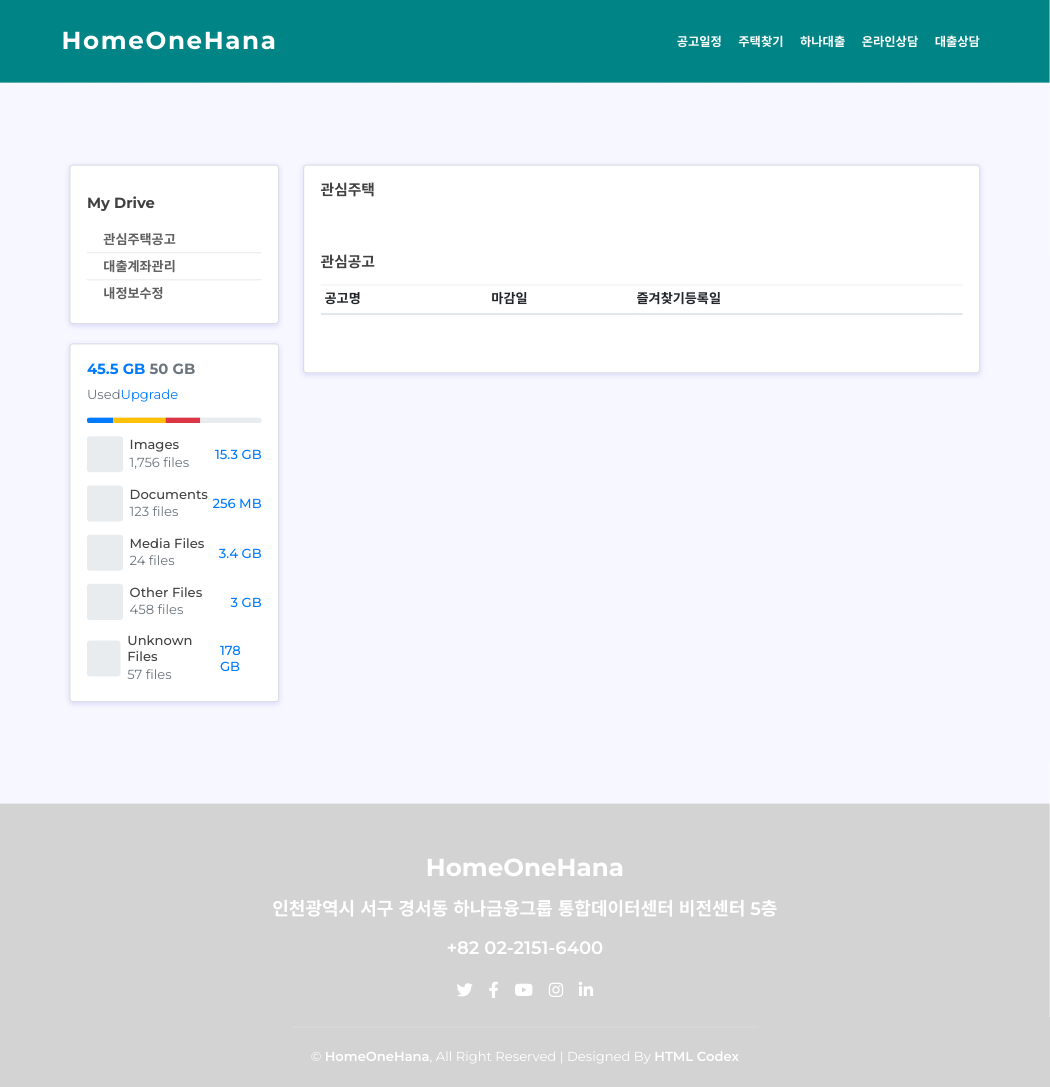
Repository: koposoftware/2021_10_syyoon
Page: http://localhost/HomeOneHana/WEB-INF/jsp/mypage/mypage.jsp
These files come from the project's save history. The page is drawn as it stood at one moment and after the next save; the edit follows.
The browser window is 1280 px wide. The pictures show the whole page, at 82% of full size.
Some icons come from a web library that is not loaded, so they are not drawn. Some web libraries are served in a nearby version. The page is served by Tomcat 9. Nobody is signed in. The template is opened directly, without the code that normally fills it, so the values that code supplies are empty.

Above is the page before, as saved 2021-09-20 12:24:44.

After the next save:
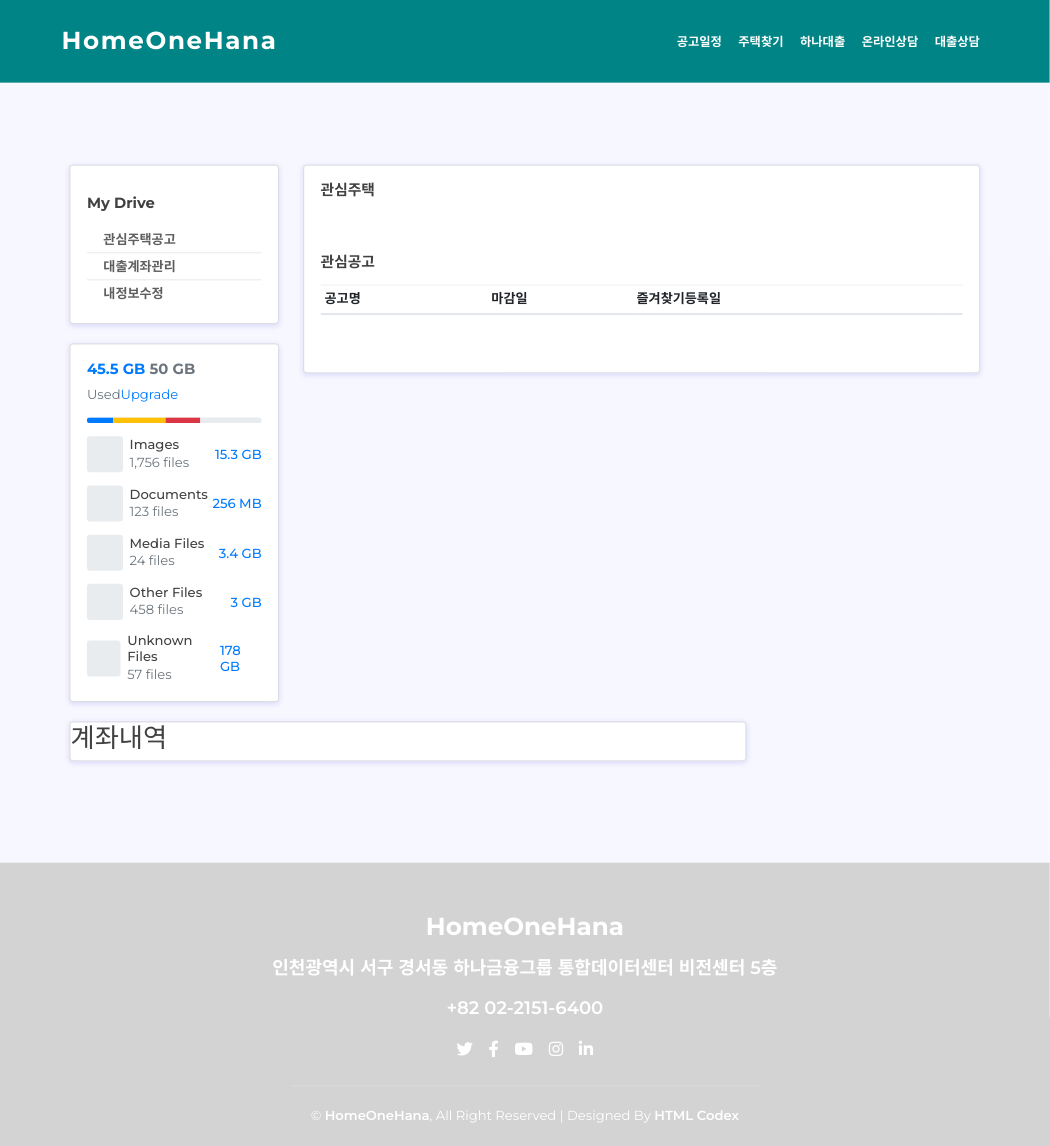
Saved 66 s later.
--- a/project/Spring-mvc/HomeOneHana/src/main/webapp/WEB-INF/jsp/mypage/mypage.jsp
+++ b/project/Spring-mvc/HomeOneHana/src/main/webapp/WEB-INF/jsp/mypage/mypage.jsp
@@ -174,6 +174,12 @@
 						</div>
 					</div>
 				</div>
+				<!-- 대출 계좌신청및 조회 -->
+				<div id="Menu1" class="col-12 col-lg-9">
+					<div class="card">
+						<h2>계좌내역</h2>
+					</div>
+				</div>
 			</div>
 			</div>
 			</div>

After the 3 saves that followed:
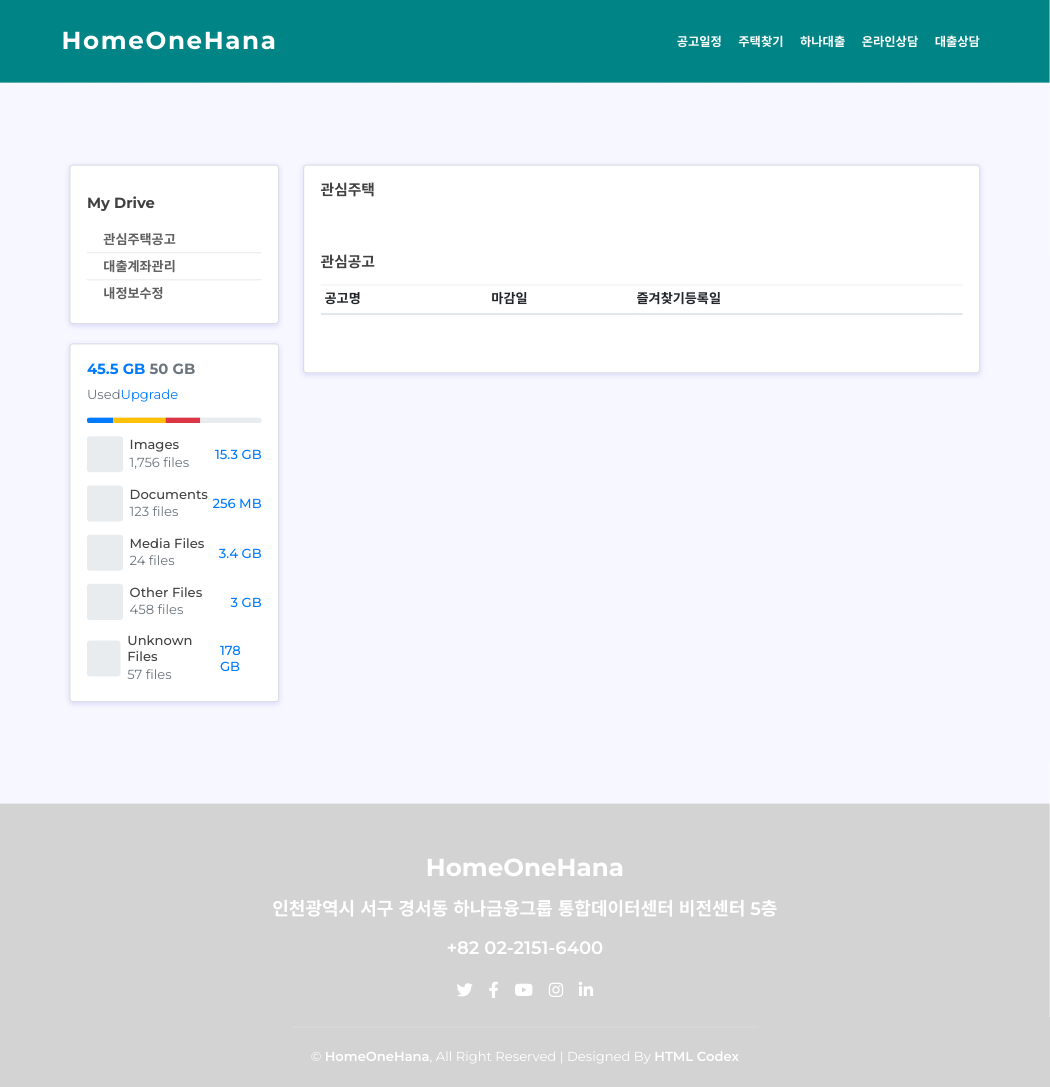
The 3 saves are shown as one change because 2 left the picture as it was.
The last was saved 2 min 16 s later.
--- a/project/Spring-mvc/HomeOneHana/src/main/webapp/WEB-INF/jsp/mypage/mypage.jsp
+++ b/project/Spring-mvc/HomeOneHana/src/main/webapp/WEB-INF/jsp/mypage/mypage.jsp
@@ -34,7 +34,7 @@
 							<h5 class="my-3">My Drive</h5>
 							<div class="fm-menu">
 								<div class="list-group list-group-flush">
-									<a href="javascript:;" class="list-group-item py-1"><i class="bx bx-folder me-2"></i><span>관심주택공고</span></a>
+									<a id="Menu1" href="javascript:;" class="list-group-item py-1"><i class="bx bx-folder me-2"></i><span>관심주택공고</span></a>
 									<a id="Menu2" href="javascript:;" class="list-group-item py-1"><i class="bx bx-devices me-2"></i><span>대출계좌관리</span></a>
 									<a href="javascript:;" class="list-group-item py-1"><i class="bx bx-plug me-2"></i><span>내정보수정</span></a>
 
@@ -101,8 +101,8 @@
 						</div>
 					</div>
 				</div>
-				<div id="Menu1" class="col-12 col-lg-9">
-					<div class="card">
+				<div class="col-12 col-lg-9">
+					<div class="card" id="Menu1">
 						<div class="card-body">
 
 							<h5>관심주택</h5>
@@ -174,12 +174,7 @@
 						</div>
 					</div>
 				</div>
-				<!-- 대출 계좌신청및 조회 -->
-				<div id="Menu1" class="col-12 col-lg-9">
-					<div class="card">
-						<h2>계좌내역</h2>
-					</div>
-				</div>
+
 			</div>
 			</div>
 			</div>
